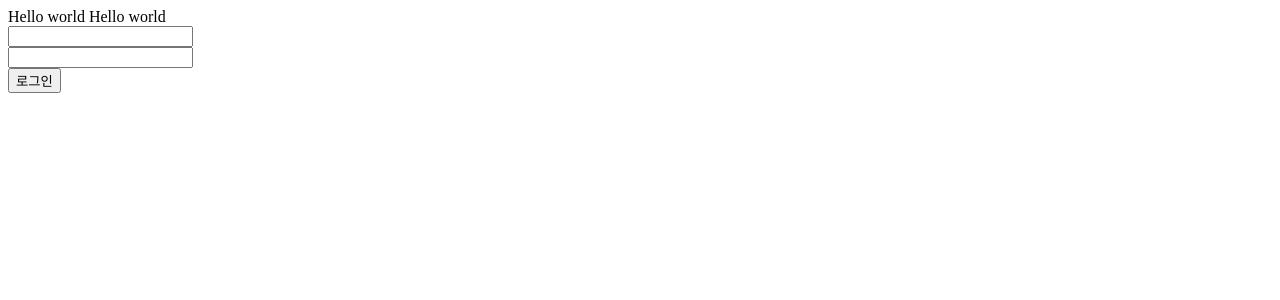
Repository: Chojaejun/javastudy
Page: HelloWorld/WebContent/a.html
The author's editor kept a copy of each file at every save. The page is drawn from the files as they stood at one save, then again after the next save.
The browser window is 1280 px wide. The pictures show the whole page.

Above is the page before, as saved 2020-12-04 06:28:45.

### HelloWorld/WebContent/a.html
<!DOCTYPE html>
<html>
<head>
<meta charset="UTF-8">
<title>test is test</title>
</head>
<body>

Hello world
Hello		world

<form action="b.html" method="post">

	<input name="id">
	<br>
	<input type="password" name="pw">
	<br>
	<input type="submit" value="로그인">


</form>

</body>
</html>

After the next save:
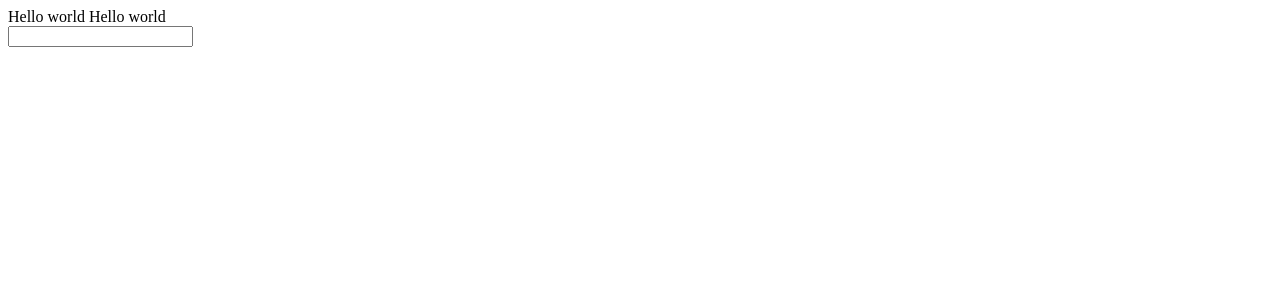
Saved 59 s later.
--- a/HelloWorld/WebContent/a.html
+++ b/HelloWorld/WebContent/a.html
@@ -9,13 +9,11 @@
 Hello world
 Hello		world
 
-<form action="b.html" method="post">
+<form action="">
 
 	<input name="id">
-	<br>
-	<input type="password" name="pw">
-	<br>
-	<input type="submit" value="로그인">
+
+</form>
 
 
 </form>
